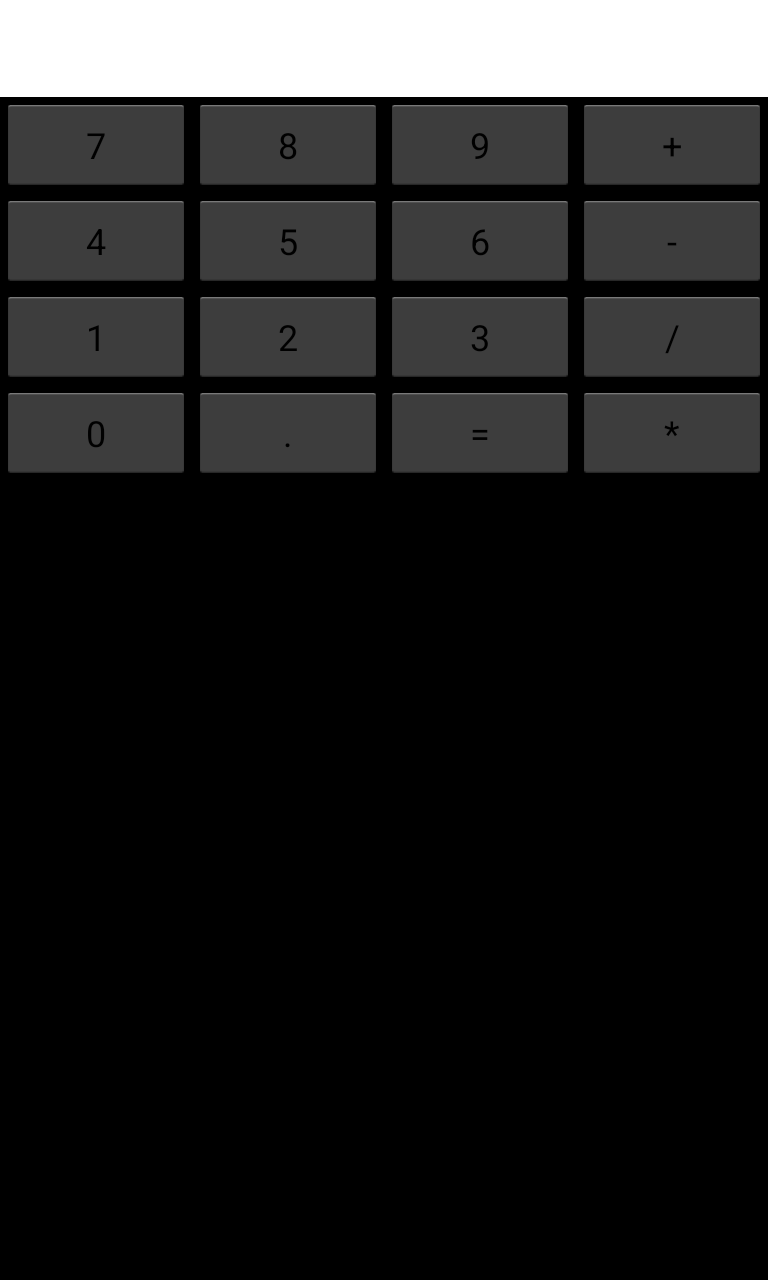
Repository: RamDion/BSIT_Calculator
Layout: CcsCalcu/res/layout/activity_egapos.xml
The author's editor kept a copy of each file at every save. The layout is drawn from the files as they stood at one save, then again after the next save.
It is drawn on a 768 x 1280 px phone screen (xhdpi) without system bars, with theme AppTheme; the app's code is not run.

Above is the layout before, as saved 2014-09-04 04:59:13.

After the next save:
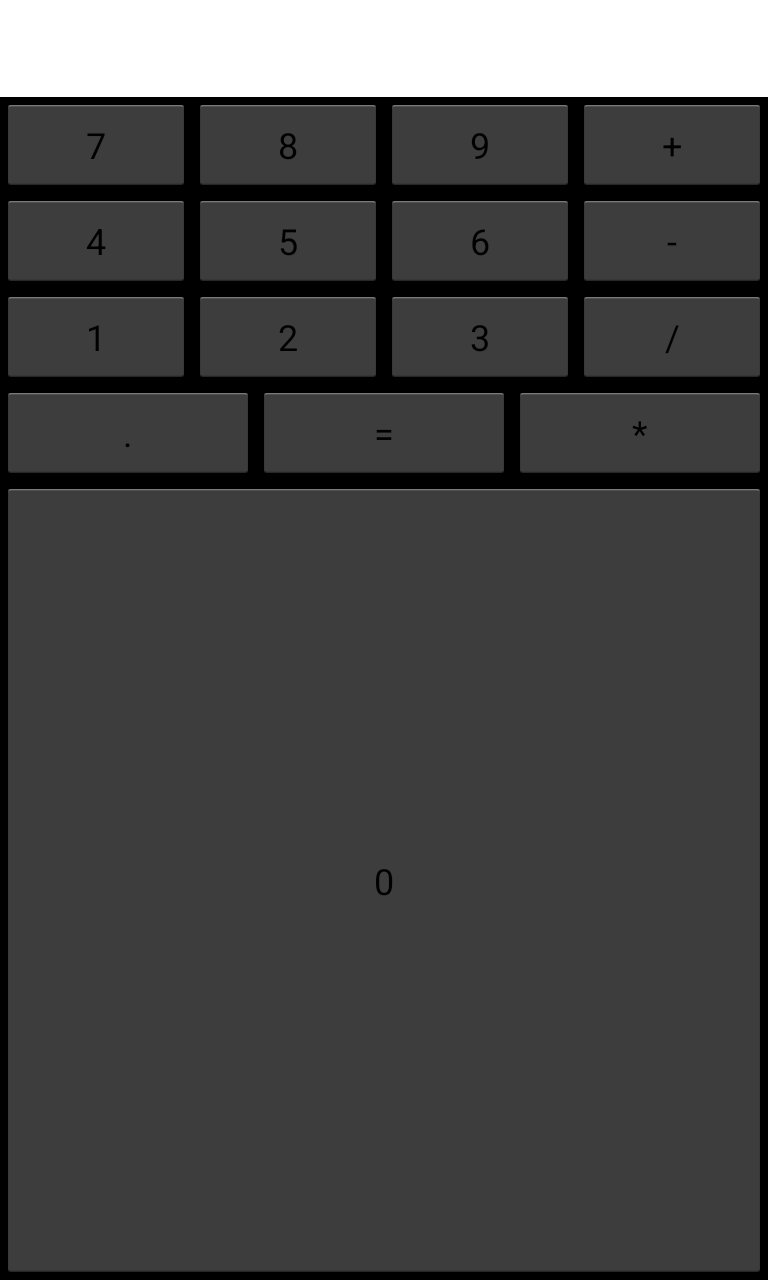
Saved 2 min 27 s later.
--- a/CcsCalcu/res/layout/activity_egapos.xml
+++ b/CcsCalcu/res/layout/activity_egapos.xml
@@ -139,13 +139,6 @@
             android:layout_height="wrap_content" >
 
             <Button
-                android:id="@+id/zero"
-                android:layout_width="0dip"
-                android:layout_weight="0.25"
-                android:layout_height="wrap_content"
-                android:text="0" />
-
-            <Button
                 android:id="@+id/point"
                 android:layout_width="0dip"
                 android:layout_weight="0.25"
@@ -166,4 +159,12 @@
                 android:layout_height="wrap_content"
                 android:text="*" />
         </TableRow>
+
+         <Button
+             android:id="@+id/zero"
+             android:layout_width="0dip"
+             android:layout_height="wrap_content"
+             android:layout_weight="0.25"
+             android:text="0" />
+
     </TableLayout>
